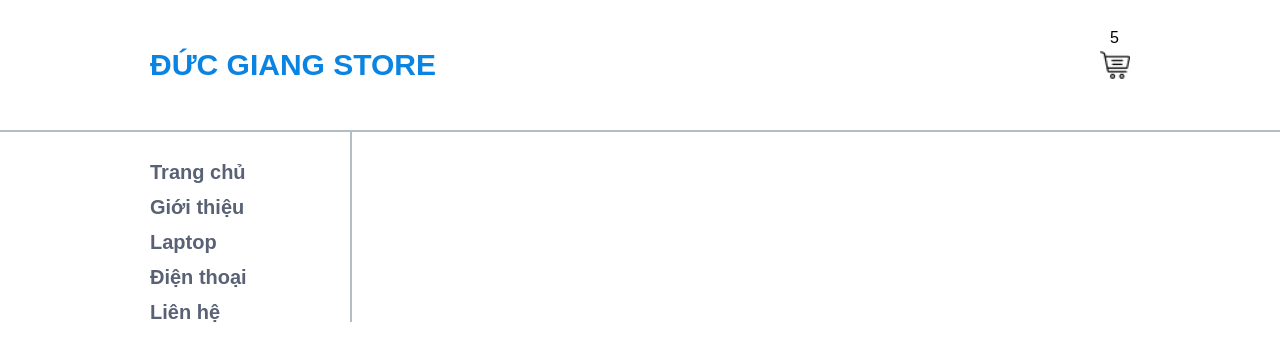
Repository: Giangattt123/PHP
Page: http://localhost/?page=home
An editor plug-in stored every save of this project. The page is shown before and after the next save, followed by the edit.
The browser window is 1280 px wide. The pictures show the whole page.
Some web libraries are served in a nearby version. The page is run by PHP 8.4 with error messages shown; the project is at /var/www/html/.

Above is the page before, as saved 2023-03-18 20:47:34.

After the next save:
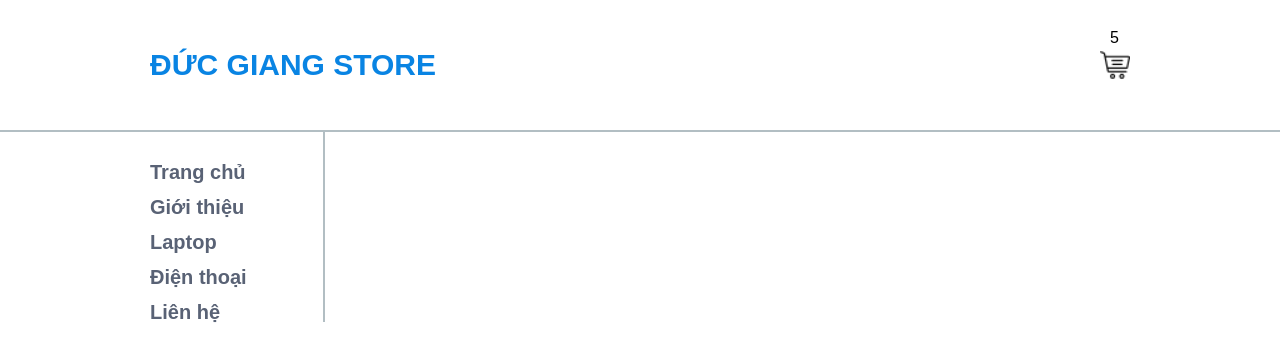
Saved 99 s later.
--- a/PHP_Shopping-Cart/Shopping_Cart/public/css/style.css
+++ b/PHP_Shopping-Cart/Shopping_Cart/public/css/style.css
@@ -58,6 +58,7 @@ img {
   width: 80%;
   margin-top: 30px;
   margin-left: 30px;
+  margin-right: 150px;
 }
 .menu-select ul.menu li:not(:first-child) {
   margin-top: 15px;
